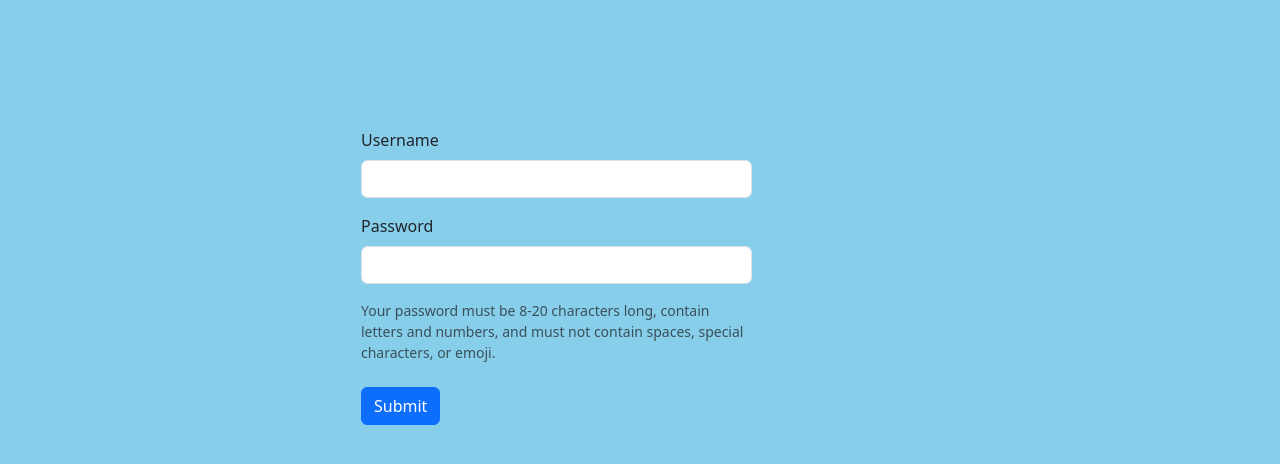
Repository: sarathraj2002/todo-list
Page: login.html
An editor plug-in stored every save of this project. The page is shown before and after the next save, followed by the edit.
The browser window is 1280 px wide. The pictures show the whole page.

Above is the page before, as saved 2024-09-05 11:06:20.

After the next save:
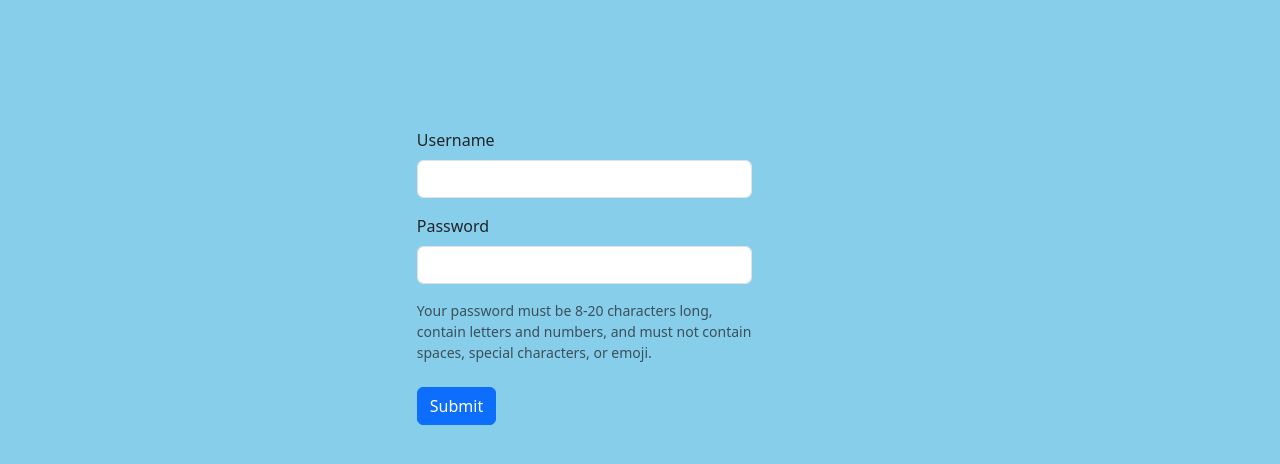
Saved 11 s later.
--- a/style.css
+++ b/style.css
@@ -11,5 +11,5 @@ body{
     height: 100%;
     width: 60%;
     border-color:black;
-    padding-left: 25%;
+    padding-left: 30%;
 }
